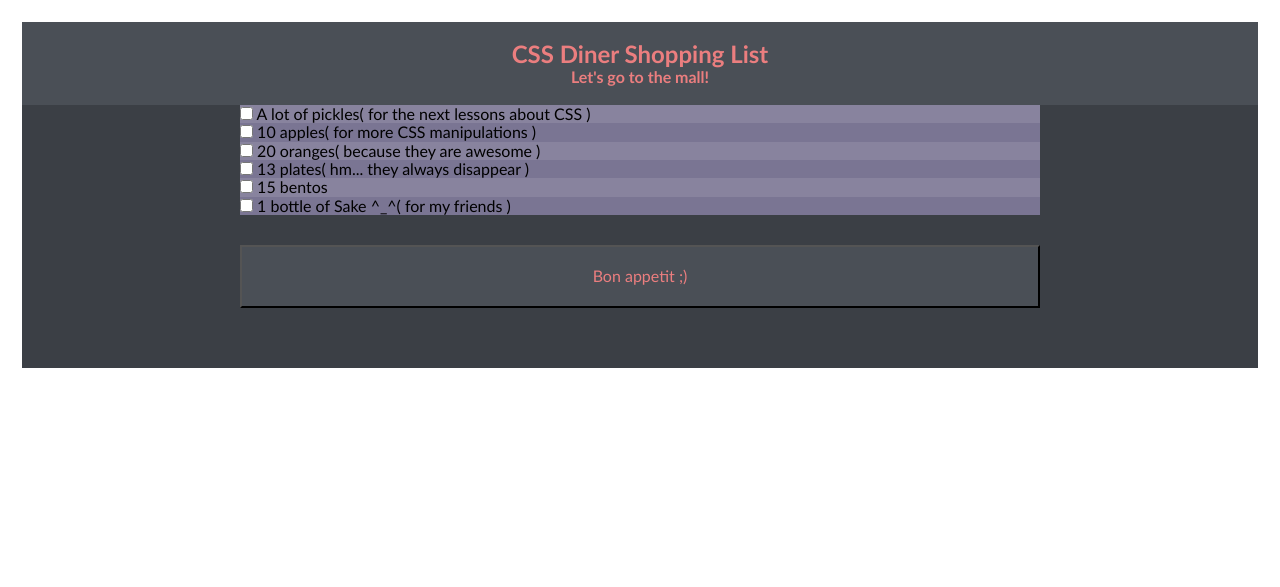
Repository: shpakovskaya/github.io
Page: selector css/shopping list/index.html
The author's editor kept a copy of each file at every save. The page is drawn from the files as they stood at one save, then again after the next save.
The browser window is 1280 px wide. The pictures show the whole page.

Above is the page before, as saved 2021-11-09 22:18:20.

### selector css/shopping list/index.html
<!DOCTYPE html>
<html lang="en">
  <head>
    <meta charset="UTF-8" />
    <meta http-equiv="X-UA-Compatible" content="IE=edge" />
    <meta name="viewport" content="width=device-width, initial-scale=1.0" />
    <title>Shopping list</title>
    <link rel="shortcut icon" href="./favicon.ico" type="image/x-icon" />
    <link
      rel="stylesheet"
      href="https://cdnjs.cloudflare.com/ajax/libs/normalize/8.0.1/normalize.min.css"
      integrity="sha512-NhSC1YmyruXifcj/KFRWoC561YpHpc5Jtzgvbuzx5VozKpWvQ+4nXhPdFgmx8xqexRcpAglTj9sIBWINXa8x5w=="
      crossorigin="anonymous"
      referrerpolicy="no-referrer"
    />
    <link rel="stylesheet" href="./style.css" />
  </head>
  <body>
    <div class="container">
      <header class="header">
        <header class="header__wrapper">
          <br />
          <h2>CSS Diner Shopping List</h2>
          <h4>Let's go to the mall!</h4>
          <br />
        </header>
      </header>
      <div class="list">
        <form class="list__wrapper">
          <div class="c-list__wrapper">
            <div class="item">
              <input type="checkbox" id="pickles" name="pickles" />
              <label for="pickles">
                <span class="e-pickles">A lot of pickles</span></label
              >
            </div>
            <div class="item">
              <input type="checkbox" id="apples" name="apples" />
              <label for="apples">
                <span class="e-apples">10 apples</span>
              </label>
            </div>
            <div class="item">
              <input type="checkbox" id="oranges" name="oranges" />
              <label for="oranges"
                ><span class="e-oranges">20 oranges</span>
              </label>
            </div>
            <div class="item">
              <input type="checkbox" id="plates" name="plates" />
              <label for="plates"
                ><span class="e-plates">13 plates</span></label
              >
            </div>
            <div class="item">
              <input type="checkbox" id="bentos" name="bentos" />
              <label for="bentos"
                ><span class="e-bentos">15 bentos</span></label
              >
            </div>
            <div class="item">
              <input type="checkbox" id="bottle" name="bottle" />
              <label for="bottle"
                ><span class="e-bottle">1 bottle of Sake ^_^</span></label
              >
            </div>
          </div>
          <div class="submit">
            <input type="submit" class="bon__wrapper" value="Bon appetit ;)" />
          </div>
        </form>
      </div>
    </div>
  </body>
</html>

### selector css/shopping list/style.css
* {
  margin: 0;
  padding: 0;
  box-sizing: border-box;

  transition: all 0.1s ease-in;
}

/* Body */
.container {
  /* width: 100%; */
  max-width: 1920px;
  /* height: 100%; */
  /* box-sizing: border-box; */
  background: #3b3f45;
  border: #ffff solid 22px;
  font-family: "Trebuchet MS", Arial, sans-serif;
}

/* Header */
.header__wrapper {
  width: 100%;
  height: 20%;
  color: #eb7e7f;
  background: #4a4f56;
  text-align: center;
}

/* Form */
.list {
  display: flex;
  justify-content: center;
}

.list__wrapper {
  /* box-sizing: border-box; */
  max-width: 800px;
  margin: 0 auto;
  width: 100%;
  background-color: #88839e;
}

/* .list__wrapper label {
  white-space: nowrap;
} */

.c-list__wrapper {
  /* margin-bottom: 20%; */
  border-bottom: 10px;
  border-color: #3b3f45;
}

/* Items */
.e-pickles::after {
  content: "( for the next lessons about CSS )";
  font-size: 16px;
}

.e-apples::after {
  content: "( for more CSS manipulations )";
  font-size: 16px;
}

.e-oranges::after {
  content: "( because they are awesome )";
  font-size: 16px;
}

.e-plates::after {
  content: "( hm... they always disappear )";
  font-size: 16px;
}

.e-bottle::after {
  content: "( for my friends )";
  font-size: 16px;
}

/* .e-pickles::before {
  content: initial;
  padding-right: 7px;
} */

input[type="checkbox"]:checked + label {
  text-decoration: line-through;
}

.item {
}
.item:nth-child(2n) {
  background-color: #7a7593;
}

.item:hover {
  background-color: #5f6176;
  border-bottom: 4px solid #ffff;
  border-top: 4px solid #ffff;
}

.item:active {
  background-color: #eb7e7f;
}

/* #pickles + span {
  display: flex;
  justify-content: start;
  text-align: left;
} */

/* Button */
.submit {
  padding-top: 30px;
  background-color: #3b3f45;
  display: flex;
  justify-content: center;
  padding-bottom: 60px;
}

.bon__wrapper {
  width: 800px;
  /* box-sizing: border-box; */
  background: #4a4f56;
  color: #eb7e7f;
  padding: 20px 0 20px 0;
}

After the next save:
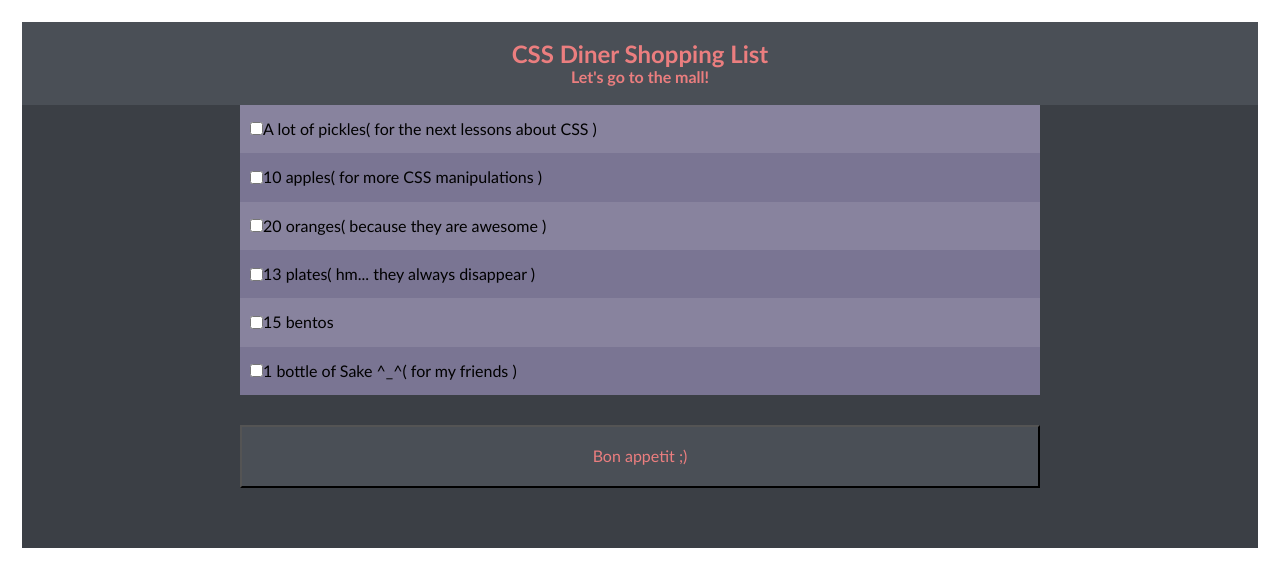
Saved 33 s later.
--- a/selector css/shopping list/style.css
+++ b/selector css/shopping list/style.css
@@ -86,7 +86,12 @@ input[type="checkbox"]:checked + label {
 }
 
 .item {
+  display: flex;
+  flex-direction: row;
+  align-items: center;
+  padding: 15px 10px;
 }
+
 .item:nth-child(2n) {
   background-color: #7a7593;
 }
